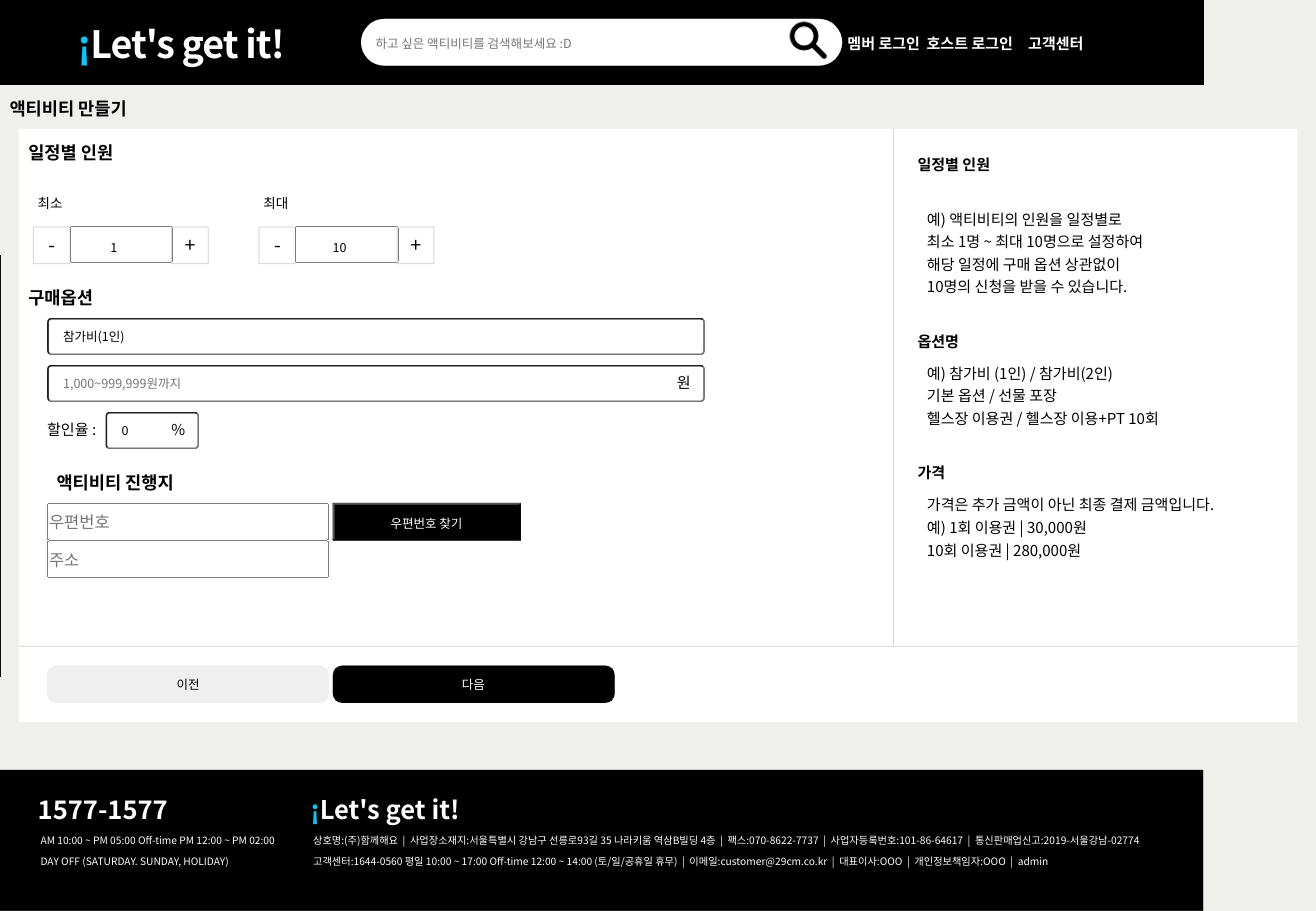
Repository: KiHyo-Tak/2stTeam
Page: http://localhost/2nd_Project_LetsGetIt/WEB-INF/views/activity/memberCntForm.jsp
These files come from the project's save history. The page is drawn as it stood at one moment and after the next save; the edit follows.
The browser window is 1280 px wide. The page is 1400 px wide, so the pictures cover 1400 px, including what lies to the right of the window. The pictures show the whole page, at 94% of full size.
Some web fonts or font styles are not loaded; a fallback is used. The page is served by Tomcat 9. Nobody is signed in. The template is opened directly, without the code that normally fills it, so the values that code supplies are empty.

Above is the page before, as saved 2020-04-29 06:11:11.

After the next save:
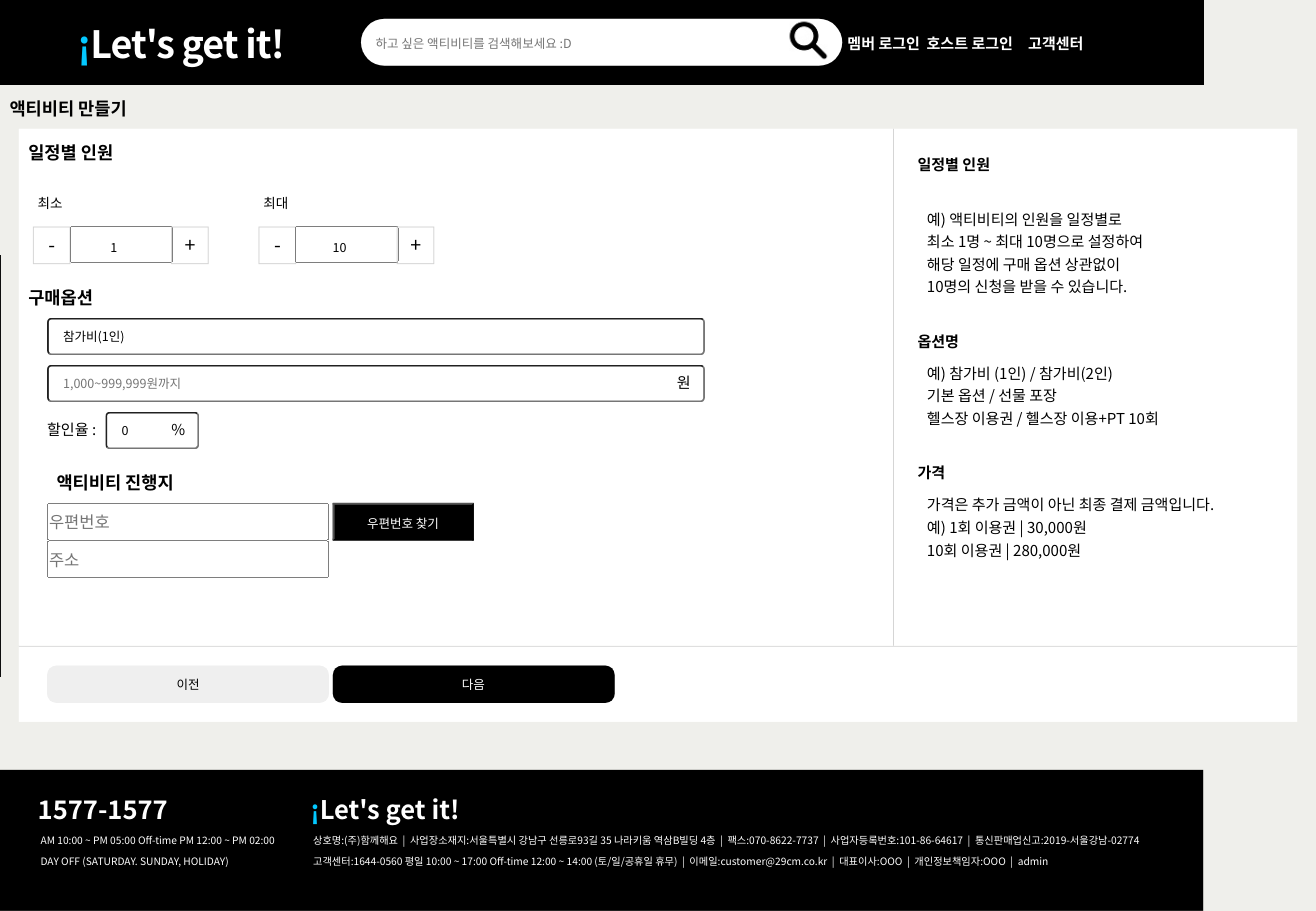
Saved 10 s later.
--- a/2nd_Project_LetsGetIt/src/main/webapp/css/memberCntForm.css
+++ b/2nd_Project_LetsGetIt/src/main/webapp/css/memberCntForm.css
@@ -78,7 +78,7 @@ body {
 		font-size:1.1em;
 	}
 	#memberCnt #left #address input[type=button] {
-		width:200px;
+		width:150px;
 		height:40px;
 		line-height:40px;
 		background-color:black;
